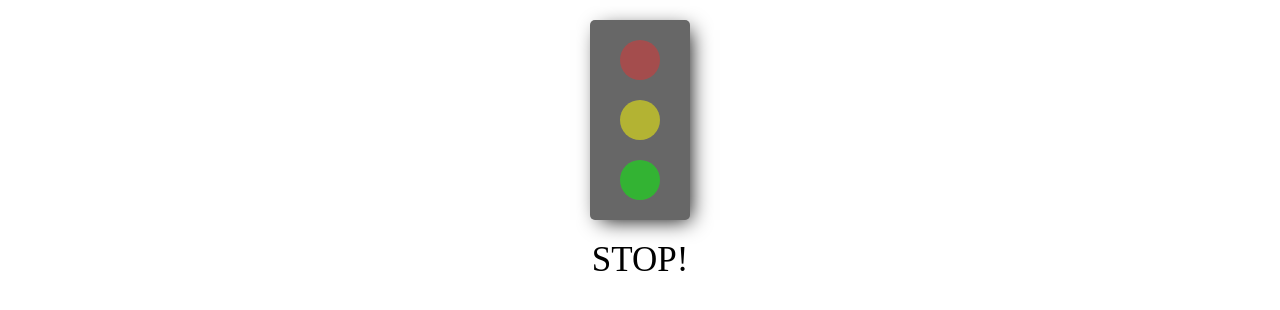
Repository: DoruFurtuna/skillup-semaphore-homework
Page: index.html
The author's editor kept a copy of each file at every save. The page is drawn from the files as they stood at one save, then again after the next save.
The browser window is 1280 px wide. The pictures show the whole page.

Above is the page before, as saved 2019-07-16 08:13:09.

### index.html
<!DOCTYPE html>
<html>
  <head>
    <title>Semaphore example</title>
    <link rel="stylesheet" href="./styles.css" />
    <script src="./scripts.js"></script>
  </head>
  <body>
    <ul id="semaphore">
      <li class="red"></li>
      <li class="yellow"></li>
      <li class="green"></li>
    </ul>
    <div id="message">STOP!</div>
  </body>
</html>

### styles.css
#message {
  font-size: 35px;
  text-align: center;
}

#semaphore {
  height: 200px;
  width: 100px;
  background: #676767;
  border-radius: 5px;
  box-shadow: 5px 5px 20px -5px black;
  cursor: pointer;
  list-style: none;
  display: flex;
  flex-direction: column;
  align-items: center;
  padding: 0;
  justify-content: space-evenly;
  margin: 20px auto;
}

#semaphore li {
  height: 40px;
  width: 40px;
  background: white;
  border-radius: 100%;
}

#semaphore li.red {
  background-color: rgba(226, 52, 52, 0.5);
}
#semaphore li.yellow {
  background-color: rgba(255, 255, 0, 0.5);
}
#semaphore li.green {
  background-color: rgba(0, 255, 0, 0.5);
}

#semaphore li.active.red {
  background-color: #e23434;
}
#semaphore li.active.yellow {
  background-color: yellow;
}
#semaphore li.active.green {
  background-color: lime;
}

Loaded but not shown: scripts.js (no stored copy; drawn as an empty file)

After the next save:
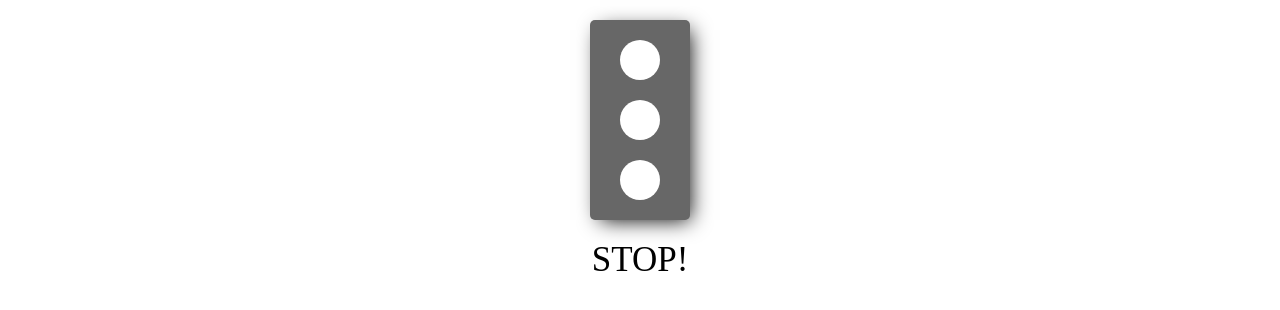
Saved 90 s later.
--- a/styles.css
+++ b/styles.css
@@ -26,22 +26,22 @@
   border-radius: 100%;
 }
 
-#semaphore li.red {
+#red {
   background-color: rgba(226, 52, 52, 0.5);
 }
-#semaphore li.yellow {
+#yellow {
   background-color: rgba(255, 255, 0, 0.5);
 }
-#semaphore li.green {
+#green {
   background-color: rgba(0, 255, 0, 0.5);
 }
 
-#semaphore li.active.red {
+#red.active {
   background-color: #e23434;
 }
-#semaphore li.active.yellow {
+#yellow.active {
   background-color: yellow;
 }
-#semaphore li.active.green {
+#green.active {
   background-color: lime;
 }
